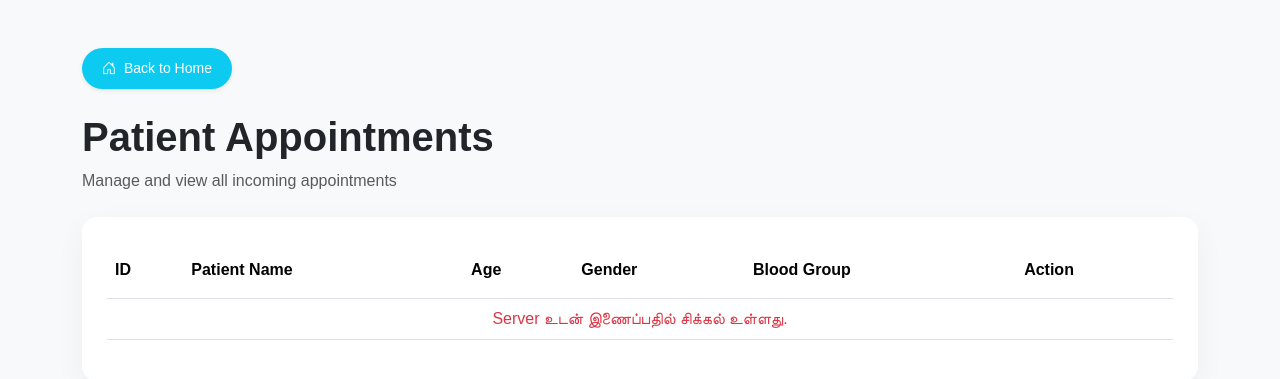
Repository: Rajasekaran0415/LifeCare-Management-System
Page: Project/nurseHompage.html
The author's editor kept a copy of each file at every save. The page is drawn from the files as they stood at one save, then again after the next save.
The browser window is 1280 px wide. The pictures show the whole page.
The page's requests for data from a server got no answer.

Above is the page before, as saved 2026-02-02 22:01:26.

After the next save:
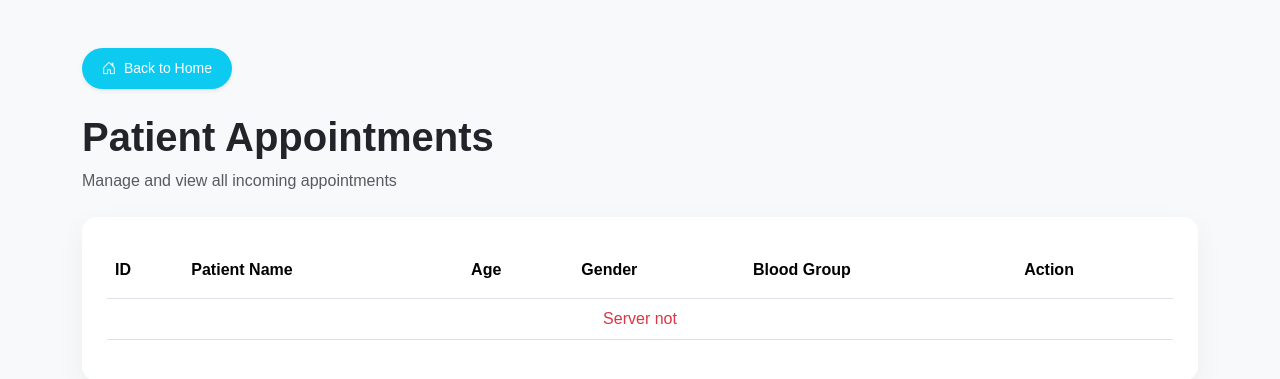
Saved 92 s later.
--- a/Project/nurseHompage.html
+++ b/Project/nurseHompage.html
@@ -82,7 +82,7 @@
         } catch (error) {
             console.error("Error fetching data:", error);
             document.getElementById('appointmentTableBody').innerHTML =
-                "<tr><td colspan='6' class='text-center text-danger'>Server உடன் இணைப்பதில் சிக்கல் உள்ளது.</td></tr>";
+                "<tr><td colspan='6' class='text-center text-danger'>Server not </td></tr>";
         }
     }
 
